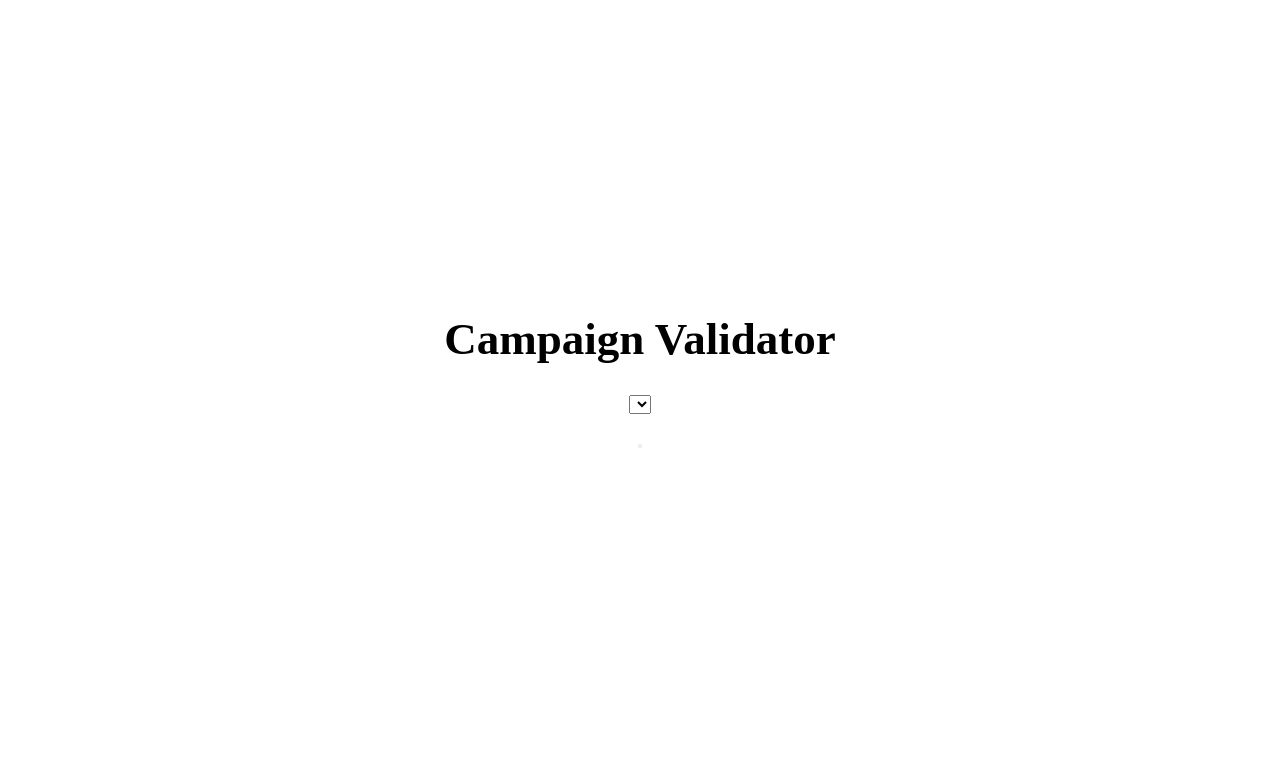
Repository: AbApin/project
Page: / (app in frontend/)
An editor plug-in stored every save of this project. The page is shown before and after the next save, followed by the edit.
The browser window is 1280 px wide. The pictures show the whole page.
The page's requests for data from a server got no answer. The project was rebuilt for these pictures with package versions that can differ from the ones it lists, and the page was loaded fresh each time. No one was signed in, and anything a server would have sent is missing. Also part of the build but not shown: frontend/vue.config.js.

Above is the page before, as saved 2023-02-21 15:53:19.

After the next save:
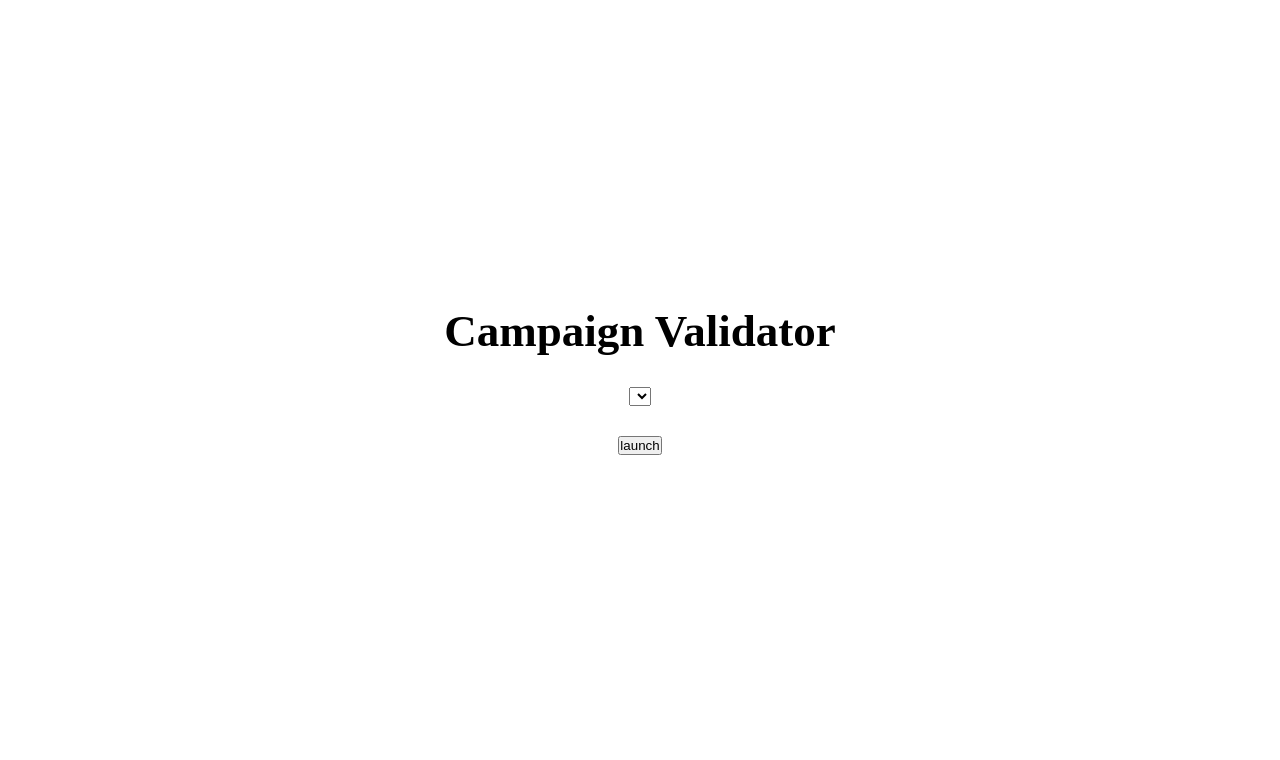
Saved 16 s later.
--- a/frontend/src/App.vue
+++ b/frontend/src/App.vue
@@ -4,7 +4,7 @@
     <select class="campaignsList">
       <option value="" v-for="campaign in campaigns" :key="campaign">{{ campaign.name }}</option>
     </select>
-    <button></button>
+    <button>launch</button>
   </div>
 </template>
 
